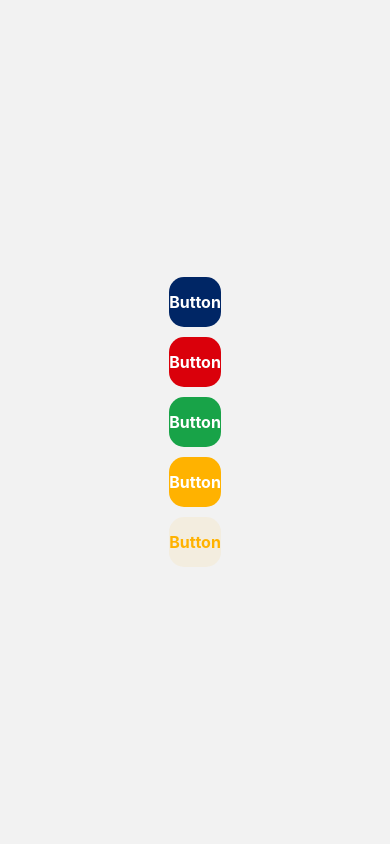
Repository: hungdomanh95/setuptheme
Screen: /
The author's editor kept a copy of each file at every save. The screen is drawn from the files as they stood at one save, then again after a run of saves.
The app was drawn by React Native's web renderer in a window 390 px wide. The project was rebuilt for these pictures with package versions that can differ from the ones it lists, and the page was loaded fresh each time. Also part of the build but not shown: src/components/Fade/index.js, src/components/Slide/index.js.

Above is the screen before, as saved 2022-05-17 11:25:09.

After the next 2 saves:
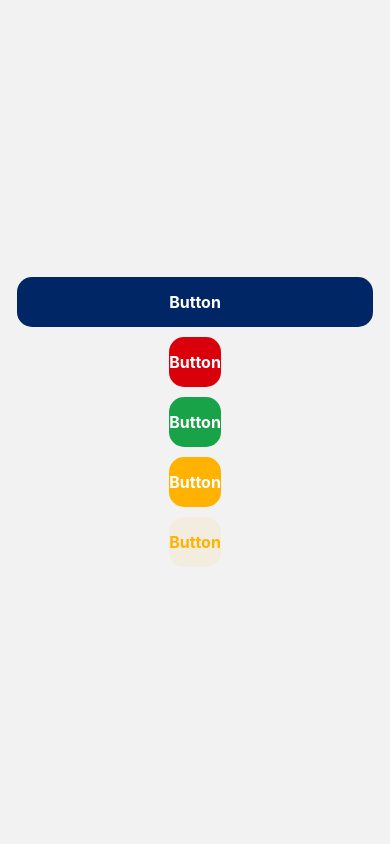
The 2 saves are shown as one change because they came seconds apart.
The last was saved 17 s later.
--- a/src/screens/HomeScreen/index.js
+++ b/src/screens/HomeScreen/index.js
@@ -6,10 +6,10 @@ import {RNButton} from '../../components';
 const HomeScreen = () => {
   return (
     <View style={styles.container}>
-      <RNButton text="Button" type={"primary"}  />
-      <RNButton text="Button" type={"danger"} />
-      <RNButton text="Button" type={"success"} />
-      <RNButton text="Button" type={"warning"} />
+      <RNButton text="Button" type={'primary'} size={'fullsize'} />
+      <RNButton text="Button" type={'danger'} />
+      <RNButton text="Button" type={'success'} />
+      <RNButton text="Button" type={'warning'} />
       <RNButton text="Button" color={COLOR.neural8} colorText={COLOR.neural} />
     </View>
   );
